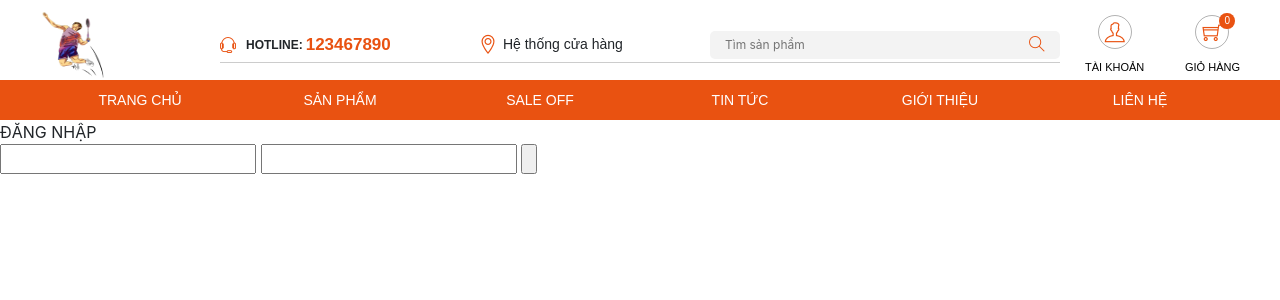
Repository: Namtran3107/CauLongSo1
Page: login.html
An editor plug-in stored every save of this project. The page is shown before and after the next save, followed by the edit.
The browser window is 1280 px wide. The pictures show the whole page.

Above is the page before, as saved 2022-12-11 14:02:18.

### login.html
<!DOCTYPE html>
<html lang="en">
<head>
    <meta charset="UTF-8">
    <meta http-equiv="X-UA-Compatible" content="IE=edge">
    <meta name="viewport" content="width=device-width, initial-scale=1.0">
    <link rel="stylesheet" href="./index.css">
    <link rel="stylesheet" href="./login.css">
    <link rel="stylesheet" href="./themify-icons-font/themify-icons/themify-icons.css">
    <link rel="stylesheet" href="https://stackpath.bootstrapcdn.com/bootstrap/4.3.1/css/bootstrap.min.css" integrity="sha384-ggOyR0iXCbMQv3Xipma34MD+dH/1fQ784/j6cY/iJTQUOhcWr7x9JvoRxT2MZw1T" crossorigin="anonymous">
    <title>Cau Long So 1</title>
</head>
<body>
    <div id="body-all-website">
        <div id="body-width-all">
            <div id="header-website-top">
                <div class="header-website">
                    <div class="header-logo-and-account-all">
                        <a href="" class="header-logo-website">
                            <img src="./img/pngtree-badminton-fitness-little-boy-image_1289549.png" alt="" class="header-logo">
                        </a>
                        <div class="header-phone-location-search">
                            <div class="header-phone-location-search-list">
                                <div class="header-phone-number">
                                    <div class="header-logo-number"><div class="ti-headphone-alt"></div></div>
                                    <div class="header-content-phone-number">HOTLINE: </div>
                                    <div class="header-phone-number-item">123467890</div>
                                </div>
                                <div class="header-location-store">
                                    <div class="header-logo-location"><div class="ti-location-pin"></div></div>
                                    <div class="header-content-location">Hệ thống cửa hàng</div>
                                </div>
                                <div class="header-search-product">
                                    <input type="text" name="" id="" class="header-input-search" placeholder="Tìm sản phẩm">
                                    <a href="" class="header-logo-search"><div class="ti-search"></div></a>
                                    <div class="header-input-history-all">
                                        <div class="header-input-history-list">
                                            <div class="header-input-history-content">
                                                <div class="header-input-history-name-content">Tìm kiếm gần đây</div>
                                            </div>
                                            <div class="header-input-history-item">
                                                <a href="" class="input-history-img"><img src="./img/history.PNG" alt=""></a>
                                                <div class="input-history-name-procduc-and-price">
                                                    <a href="" class="input-history-name-procduc"><div>Giày cầu lông trẻ em Kumpoo KH-F07J xanh chính hãng</div></a>
                                                    <div class="input-history-product-price">690.000 ₫</div>
                                                </div>
                                                <a href="" class="input-history-delete"><div class="ti-close"></div></a>
                                            </div>
                                            <div class="header-input-history-item">
                                                <a href="" class="input-history-img"><img src="./img/history.PNG" alt=""></a>
                                                <div class="input-history-name-procduc-and-price">
                                                    <a href="" class="input-history-name-procduc"><div>Giày cầu lông trẻ em Kumpoo KH-F07J xanh chính hãng</div></a>
                                                    <div class="input-history-product-price">690.000 ₫</div>
                                                </div>
                                                <a href="" class="input-history-delete"><div class="ti-close"></div></a>
                                            </div>
                                            <div class="header-input-history-item">
                                                <a href="" class="input-history-img"><img src="./img/history.PNG" alt=""></a>
                                                <div class="input-history-name-procduc-and-price">
                                                    <a href="" class="input-history-name-procduc"><div>Giày cầu lông trẻ em Kumpoo KH-F07J xanh chính hãng</div></a>
                                                    <div class="input-history-product-price">690.000 ₫</div>
                                                </div>
                                                <a href="https://www.facebook.com/" class="input-history-delete"><div class="ti-close"></div></a>
                                            </div>
                                        </div>
                                    </div>
                                </div>
                            </div>
                        </div>
                        <div class="header-account-website">
                            <div class="account-header-list">
                                <div class="account-website">
                                    <div class="logo-account-website">
                                        <div class="ti-user"></div>
                                        <div class="content-account-website content-account-website-color">TÀI KHOẢN</div>
                                        <div class="account-login-and-register">
                                            <a href="" class="account-login-register-list">
                                                <div class="account-login-register-logo"><div class="ti-share"></div></div>
                                                <div class="ccount-login-register-content">Đăng nhập</div>
                                            </a>
                                            <a href="" class="account-login-register-list">
                                                <div class="account-login-register-logo"><div class="ti-share-alt"></div></div>
                                                <div class="ccount-login-register-content">Đăng ký</div>
                                            </a>
                                        </div>
                                    </div>
                                    <div class="cart-website-header">
                                        <a href="" class="cart-website">
                                            <div class="ti-shopping-cart"></div>
                                            <div class="content-cart-website content-account-website-color">GIỎ HÀNG</div>
                                        </a>
                                        <div class="cart-list">
                                            <div class="cart-list-son">
                                                <div class="cart-list-logo"><div class="ti-bag"></div></div>
                                                <span class="cart-list-text">Không có sản phẩm nào trong giỏ hàng của bạn</span>
                                            </div>
                                        </div>
                                    </div>
                                </div>
                            </div>
                        </div>
                    </div>
                    <div class="header-menu-website">
                        <ul class="menu-website-list">
                            <li><a href="./index.html" class="menu-website-item">TRANG CHỦ</a></li>
                            <li><a href="./product.html" class="menu-website-item">SẢN PHẨM</a></li>
                            <li><a href="./saleoff.html" class="menu-website-item">SALE OFF</a></li>
                            <li><a href="./news.html" class="menu-website-item">TIN TỨC</a></li>
                            <li><a href="./recomend.html" class="menu-website-item">GIỚI THIỆU</a></li>
                            <li><a href="./contact.html" class="menu-website-item">LIÊN HỆ</a></li>
                        </ul>
                    </div>
                </div>
            </div>
            <div id="body-website-login">
                <div class="body-website-login-list">
                    <div class="body-website-login-item">
                        <div class="table-login-list">
                            <div class="login-content-list">
                                <span class="login-content-header">ĐĂNG NHẬP</span>
                                <span class="decor"></span>
                            </div>
                            <div class="login-input-list">
                                <input type="text" class="login-input-item">
                                <input type="text" class="login-input-item">
                                <input type="button" class="login-input-item">
                            </div>
                        </div>
                    </div>
                </div>
            </div>
        </div>
    </div>
</body>
</html>

### index.css
ul, body{
    padding: 0;
    margin: 0;
}
li{
    list-style-type: none;
}
a{
    text-decoration: none;
}
:root {
    --color-website: #e95211;
}
body::-webkit-scrollbar{
    width: 10px;
}
body::-webkit-scrollbar-thumb{
    border-radius: 100px;
    background-image: linear-gradient(to bottom, var(--color-website), #fcaf17);
}
body::-webkit-scrollbar-track{
    border-radius: 100rem;
}
/* HEADER ***********/
#header-website-top{
    width: 100%;
    margin: 0 auto;
}
.header-website{
    margin-top: 10px;
}
.header-logo{
    width: 70px;
    height: 70px;
}
.menu-website-list{
    width: 1200px;
    height: 100%;
    margin: 0 auto;
    display: flex;
    margin-bottom: 0;
}
.menu-website-list li{
    width: calc(100% / 6);
    height: 100%;
    display: flex;
    align-items: center;
    justify-content: center;
}
.menu-website-item{
    width: 100%;
    padding: 12px 0;
    font-size: 14px;
    color: white;
    font-family: sans-serif;
    text-align: center;
    transition: 0.3s linear;
    text-decoration: none;
}
.menu-website-item:hover{
    color: var(--color-website);
    text-decoration: none;
    background-color: white;
}
.header-phone-location-search{
    display: flex;
    height: 35px;
    width: 70%;
    border-bottom: 1px solid rgb(0, 0, 0, 0.2);
}
.header-phone-number{
    display: flex;
    align-items: center;
}
.header-logo-number, .header-phone-number-item,
.header-logo-location, .header-logo-search{
    color: var(--color-website);
}
.header-phone-location-search-list{
    display: flex;
    justify-content: space-between;
    align-items: center;
    width: 100%;
}
.header-content-phone-number{
    font-size: 12px;
    font-family: sans-serif;
    font-weight: 600;
    margin-left: 10px;
}
.header-phone-number-item{
    font-size: 17px;
    font-weight: 600;
    font-family: sans-serif;
    margin-left: 3px;
}
.header-location-store{
    display: flex;
}
.header-logo-location{
    font-size: 20px;
}
.header-content-location{
    font-size: 14px;
    font-family: sans-serif;
    font-weight: 500;
    margin-left: 5px;
}
.header-search-product{
    display: flex;
    position: relative;
}
.header-input-search{
    font-size: 12px;
    outline: none;
    border: transparent;
    background-color: #f3f3f3;
    width: 350px;
    padding: 5px 0px 5px 15px;
    border-radius: 5px;
}
.header-logo-search{
    position: absolute;
    top: 5px;
    right: 0;
    font-weight: 600;
    padding: 0px 15px 0 10px;
    text-decoration: none;
}
.header-logo-search:hover{
    text-decoration: none;
    color: var(--color-website);
}
.header-logo-website, .header-account-website{
    width: 15%;
}
.header-menu-website{
    width: 100%;
    height: 40px;
    background-color: var(--color-website);
}
.ti-user, .ti-shopping-cart{
    font-size: 20px;
    color: var(--color-website);
    padding: 6px;
    border-radius: 50%;
    border: 1px solid rgb(0, 0, 0, 0.3);
}
.account-header-list{
    display: flex;
    height: 100%;
    align-items: center;
}
.account-website{
    display: flex;
    justify-content: space-between;
    width: 100%;
    margin-left: 25px;
}
.logo-account-website, .cart-website{
    display: flex;
    flex-direction: column;
    align-items: center;
    position: relative;
    text-decoration: none;
}
.account-login-and-register::after{
    position: absolute;
    content: "";
    width: 100%;
    height: 30px;
    top: -20px;
    left: 0;
    right: 0;
}
.logo-account-website:hover{
    cursor: pointer;
}
.logo-account-website:hover .content-account-website-color{
    color: var(--color-website);
}
.logo-account-website:hover .account-login-and-register{
    display: block;
}
.account-login-and-register{
    position: absolute;
    width: 140px;
    height: 60px;
    top: 100%;
    background-color: white;
    z-index: 2;
    border-radius: 5px;
    margin-top: 7px;
    display: none;
}.account-login-and-register::before{
    position: absolute;
    content: "";
    border: 9px solid;
    border-color: transparent transparent var(--color-website) transparent;
    top: -18px;
    left: 50%;
    transform: translateX(-50%);
}
.account-login-register-list:hover{
    background-color: var(--color-website);
    color: white;
    text-decoration: none;
}
.account-login-register-list{
    display: flex;
    height: 50%;
    justify-content: center;
    align-items: center;
    border-radius: 5px;
    color: black;
    transition: 0.2s linear;
}
.account-login-register-logo{
    font-size: 17px;
}
.ccount-login-register-content{
    font-size: 14px;
    font-family: sans-serif;
    margin-left: 5px;
}
.cart-website:hover{
    text-decoration: none;
}
.cart-website::before{
    position: absolute;
    content: "0";
    color: white;
    font-size: 10px;
    font-family: sans-serif;
    background-color: var(--color-website);
    padding: 0.7px 5px;
    border-radius: 50%;
    top: -2px;
    right: 5px;
}
.content-account-website, .content-cart-website{
    font-size: 11px;
    font-family: sans-serif;
    color: black;
    margin-top: 10px;
}
.header-logo-and-account-all{
    display: flex;
    justify-content: space-between;
    align-items: center;
    width: 1200px;
    margin: 0 auto;
}
.header-input-search:focus ~ .header-input-history-all{
    display: block;
}
.header-input-history-all{
    position: absolute;
    top: calc(100% + 5px);
    left: 0;
    right: 0;
    bottom: 0;
    width: 100%;
    z-index: 5;
    display: none;
}
.header-input-history-list{
    background-color: white;
    padding: 10px;
    height: 320px;
    box-shadow: 0px 4px 5px;
    border-radius: 10px;
}
.input-history-img img{
    width: 70px;
    height: 70px;
}
.header-input-history-name-content{
    font-size: 17px;
    font-family: sans-serif;
    font-weight: 600;
    opacity: 0.8;
    padding-bottom: 3px;
    border-bottom: 1px solid rgb(0, 0, 0, 0.2);
}
.header-input-history-item{
    display: flex;
    align-items: center;
    margin-top: 10px;
    padding: 5px;
}
.input-history-name-procduc-and-price{
    padding: 5px;
}
.input-history-name-procduc{
    font-size: 14px;
    font-family: sans-serif;
    color: #000;
}
.input-history-name-procduc div{
    line-height: 18px;
}
.input-history-name-procduc:hover{
    color: var(--color-website);
    text-decoration: none;
}
.input-history-product-price{
    font-size: 15px;
    font-weight: 600;
    color: red;
}
.input-history-delete{
    color: #000;
    padding: 7px;
    border-radius: 50%;
}
.input-history-delete:hover{
    color: black;
    opacity: 0.7;
    text-decoration: none;
    background-color: rgb(231, 231, 231);
}
.cart-website-heade{
    position: relative;
}
.cart-list{
    position: absolute;
    width: 340px;
    top: 100%;
    right: 0;
    background-color: white;
    z-index: 5;
    border-radius: 5px;
    box-shadow: 0px 0px 1px black;
    display: none;
}
.cart-website-header{
    position: relative;
}
.cart-website-header:hover .cart-list{
    display: block;
}
.cart-list::before{
    position: absolute;
    content: "";
    top: -15px;
    right: 0;
    left: 0;
    height: 20px;
}
.cart-list-son{
    display: flex;
    flex-direction: column;
    align-items: center;
    padding: 15px 5px;
}
.ti-bag{
    font-size: 80px;
    color: black;
    opacity: 0.7;
}
.cart-list-text{
    font-size: 13px;
    font-family: sans-serif;
    color: black;
    margin-top: 20px;
}
/* Body************************* */
#body-product{
    width: 1200px;
    margin: 0 auto;
}
.content-new-product{
    margin: 30px 0;
    text-align: center;
}
.name-content-news{
    color: var(--color-website);
    font-size: 27px;
    font-family: sans-serif;
    font-weight: 600;
}
.name-content-news:hover{
        color: var(--color-website);
        text-decoration: none;
}
.product-new-item-box{
    padding: 15px 10px 10px;
    display: flex;
    flex-direction: column;
    width: 100%;
    height: 300px;
}
.product-trailer-new-background{
    background-color: #fcaf17;
    border-radius: 10px;
}
.product-new-item-box-img{
    width: 100%;
    height: 210px;
    overflow: hidden;
}
.product-new-item-img-item{
    width: 196px;
    height: 100%;
    transition: 0.2s linear;
}
.product-new-item-img-item:hover{
    transform: scale(1.2);
}
.product-trailer-new-list-all{
    padding: 30px 20px 0;
}
.product-trailer-new-list{
    margin: 0;
    display: flex;
    overflow-x: scroll;
    border-radius: 5px;
    padding-bottom: 7px;
    cursor: grab;
}
.product-trailer-new-list::-webkit-scrollbar{
	background-color: #fcaf17;
    width: 5px;
}
.product-trailer-new-list::-webkit-scrollbar-track{
	border-radius: 10px;
	background-color: #fcaf17;
}
.product-trailer-new-list::-webkit-scrollbar-thumb{
	border-radius: 10px;
	background-image: linear-gradient(to bottom, var(--color-website), #fcaf17);
}
.product-trailer-new-item{
    height: auto;
    background-color: white;
    margin-left: 20px;
    border-radius: 5px;
    width: calc(calc(100% / 5));
}
.product-trailer-new-item:first-child{
    margin-left: 0;
}
.product-new-item-box-name{
    font-size: 14px;
    font-family: sans-serif;
    text-decoration: none;
    color: black;
}
.product-new-item-box-name:hover{
    text-decoration: none;
    color: var(--color-website) !important;
}
.product-new-item-box-prices{
    color: red;
    font-size: 15px;
    margin-top: 7px;
    font-weight: 600;
}
/* Product-link ******************* */
#body-product-list-all{
    margin-top: 20px;
}
.product-link-box{
    width: 100%;
    z-index: 5;
    position: relative;
}
.product-link-item{
    margin-left: 20px;
    width: calc(calc(100% / 4) - 20px);
    margin-top: 15px;
    overflow: hidden;
    position: relative;
    border-radius: 5px;
}
.product-link-box-img{
    width: 100%;
    height: 100%;
    transform: scale(1.1);
    transition: 0.2s linear;
}
.product-link-box-background:hover .product-link-box-img{
    transform: scale(1);
}
.product-link-box-background:hover::after{
    display: block;
    opacity: 0.8;
}
.product-link-box-background:hover::before{
    display: block;
    opacity: 0.6;
}
.product-link-box-background:hover .product-link-content-box{
    background-color: var(--color-website);
}
.product-link-box-background::before{
    position: absolute;
    content: "";
    top: 0;
    left: 0;
    right: 0;
    bottom: 0;
    background-color: white;
    z-index: 3;
    display: none;
}
.product-link-box-background::after{
    position: absolute;
    content: "";
    top: 0;
    left: 0;
    right: 0;
    bottom: 0;
    transform: skew(-10deg) rotate(-10deg) translateY(47%);
    background-color: var(--color-website);
    z-index: 5;
    display: none;
}
.product-link-list-item{
    display: flex;
    margin-left: -20px;
    flex-wrap: wrap;
}
.product-link-box-background{
    width: 100%;
}
.product-link-content-box{
    z-index: 8;
    position: absolute;
    top: 40%;
    left: 50%;
    width: 220px;
    height: 40px;
    background-color: rgba(233,82,17,0.85);
    display: flex;
    justify-content: center;
    align-items: center;
    transform: skew(-10deg) rotate(-10deg) translate(-50%, -50%);
}
.product-link-content-box:hover{
    text-decoration: none;
}
.product-link-content{
    font-size: 22px;
    font-family: sans-serif;
    color: white;
}
.product-sale-off-content{
    margin: 30px 0;
    text-align: center;
}
.sale-off-name-content{
    color: var(--color-website);
    font-size: 30px;
    font-family: sans-serif;
    padding-bottom: 10px;
}
.sale-off-name-content:hover{
    color: var(--color-website);
    text-decoration: none;
}
.product-sale-off-item{
    width: calc(calc(100% / 3) - 20px);
    margin-left: 20px;
}
.product-sale-off-img{
    width: 100%;
}
.product-sale-off-list{
    display: flex;
    margin-left: -20px;
}
.news-paper-content{
    margin: 30px 0;
    text-align: center;
}
.news-paper-name-content{
    color: var(--color-website);
    font-size: 28px;
    font-family: sans-serif;
    padding-bottom: 10px;
}
.news-paper-name-content:hover{
    color: var(--color-website);
    text-decoration: none;
}
.news-paper-list{
    width: calc(calc(100% / 4) + 20px);
    position: relative;
    display: flex;
    flex-direction: column;
    align-items: center;
    height: 330px;
    margin-left: 20px;
}
.news-paper-list:first-child{
    margin-left: 0;
}
.news-paper-img{
    width: 100%;
    transition: 0.25s linear;
}
.news-paper-img:hover{
    transform: scale(1.05);
}
.news-paper-list-all{
    display: flex;
    justify-content: center;
}
.news-paper-list-all-son{
    display: flex;
    overflow-x: scroll;
    overflow-y: hidden;
    padding-bottom: 7px;
    cursor: grab;
}
.news-paper-list-all-son::-webkit-scrollbar-track
{
	border-radius: 10px;
	background-color: #F5F5F5;
}

.news-paper-list-all-son::-webkit-scrollbar
{
	width: 10px;
	background-color: #F5F5F5;
}

.news-paper-list-all-son::-webkit-scrollbar-thumb
{
	border-radius: 10px;
	background-color: rgb(85, 85, 85, 0.6);
}
.news-paper-recommend{
    position: absolute;
    top: 46%;
    width: 90%;
    background-color: white;
    box-shadow: 0px 1px 5px var(--color-website);
}
.news-paper-recommend-son{
    padding: 7px 15px;
    display: flex;
    flex-direction: column;
    align-items: center;
    position: relative;
}
.news-paper-recommend-header{
    font-size: 16px;
    font-weight: 600;
    font-family: sans-serif;
    overflow: hidden;
    text-overflow: ellipsis;
    line-height: 25px;
    -webkit-line-clamp: 2;
    height: 50px;
    display: -webkit-box;
    -webkit-box-orient: vertical;
    opacity: 0.9;
    color: black;
}
.news-paper-recommend-header:hover{
    color: var(--color-website);
    text-decoration: none;
}
.news-paper-item{
    width: 285px;
    box-shadow: 0px 1px 2px 0px black;
    overflow: hidden;
}
.news-paper-recommend-son::after{
    position: absolute;
    content: "";
    left: 0;
    right: 0;
    top: 75px;
    margin: 0 15px;
    border: 1px solid var(--color-website);
}
.news-paper-recommend-day-time{
    color: white;
    background-color: var(--color-website);
    font-size: 12px;
    font-family: sans-serif;
    padding: 2px 7px;
    border-radius: 50px;
    margin-top: 7px;
    z-index: 5;
}
.news-paper-recommend-text{
    font-size: 14px;
    font-family: sans-serif;
    opacity: 0.8;
}
#body-news-paper{
    height: 420px;
}
/********* FOOTER ********/
#footer-website-bottom{
    margin-top: 40px;
    background-color: #222222;
}
#footer-website-all{
    width: 1200px;
    margin: 0 auto;
    padding: 30px 0;
    line-height: 20px;
}
.footer-website-list{
    display: flex;
}
.footer-website-item{
    width: calc(calc(100% / 4) - 20px);
    margin-left: 20px;
}
.footer-website-item:first-child{
    margin-left: 0;
}
.footer-website-item-header, .footer-website-item-contact-bold,
.footer-website-item-last, .footer-website-item-contact-text{
    color: white;
}
.footer-website-item-bold-first, .footer-website-item-contact-color,
.footer-website-item-location{
    color: var(--color-website);
}
.footer-website-item-header{
    font-size: 14px;
    font-family: sans-serif;
    letter-spacing: 1px;
}
.footer-website-item-bold-first{
    font-size: 15px;
    font-family: sans-serif;
    line-height: 20px;
}
.footer-item-text-son{
    margin-top: 10px;
    line-height: 20px;
}
.footer-website-item-contact-bold{
    font-size: 14px;
    font-family: sans-serif;
    font-weight: 600;
}
.footer-website-item-contact-color{
    font-size: 14px;
}
.footer-website-item-contact-color:hover{
    color: var(--color-website);
    text-decoration: none;
}
.footer-website-item-contact-text, .footer-website-item-last{
    font-size: 14px;
    font-family: sans-serif;
}
.footer-website-item-location{
    font-size: 16px;
    font-family: sans-serif;
    font-weight: 600;
}
.footer-website-item-location:hover{
    color: var(--color-website);
    text-decoration: none;
}
.footer-website-item-contact{
    margin-top: 10px;
    line-height: 20px;
}
.footer-website-item-text-a{
    font-size: 14px;
    font-family: sans-serif;
    color: white;
}
.footer-website-item-text-a:hover{
    color: var(--color-website);
    text-decoration: none;
}
.footer-website-item-text-li{
    list-style-type: disc;
    color: white;
    margin: 10px 0 0 20px;
    line-height: 20px;
}
.footer-website-item-text-li:hover{
    color: var(--color-website);
}
.footer-website-item-contact-icon{
    color: white;
    padding: 6px;
    border: 1px solid white;
    border-radius: 50%;
}
.footer-website-item-contact-icon:hover{
    color: var(--color-website);
    text-decoration: none;
    border-color: var(--color-website);
}
.footer-website-item-contact-icon:last-child{
    margin-left: 15px;
}
.footer-website-item-contact:last-child{
    display: flex;
    margin-top: 20px;
}

Loaded but not shown: themify-icons-font/themify-icons/themify-icons.css (common file); login.css (no stored copy; drawn as an empty file)

After the next save:
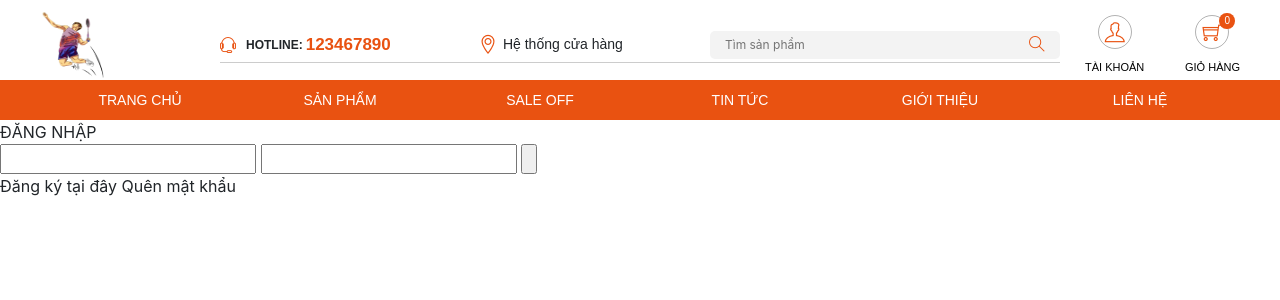
Saved 74 s later.
--- a/login.html
+++ b/login.html
@@ -125,6 +125,10 @@
                                 <input type="text" class="login-input-item">
                                 <input type="button" class="login-input-item">
                             </div>
+                            <div class="login-input-text-list">
+                                <span class="login-input-text-item">Đăng ký tại đây</span>
+                                <span class="login-input-text-item">Quên mật khẩu</span>
+                            </div>
                         </div>
                     </div>
                 </div>
